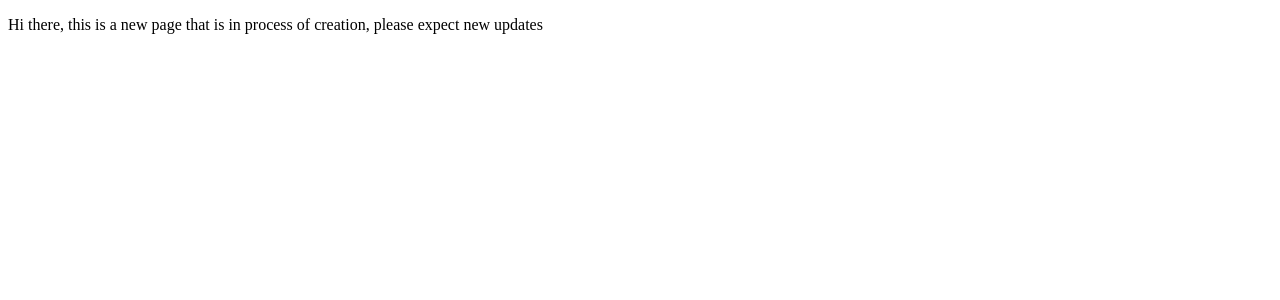
Repository: Znarko/projectPW.html
Page: projectPW.html
The author's editor kept a copy of each file at every save. The page is drawn from the files as they stood at one save, then again after the next save.
The browser window is 1280 px wide. The pictures show the whole page.

Above is the page before, as saved 2023-02-17 06:21:49.

### projectPW.html
<!DOCTYPE html>
<html lang="en">
<head>
    <meta charset="UTF-8">
    <meta http-equiv="X-UA-Compatible" content="IE=edge">
    <meta name="viewport" content="width=device-width, initial-scale=1.0">
    <title>SecretProject</title>
</head>
<body>
   <p>
       Hi there, this is a new page that is in process of creation, please expect new updates
   </p>
</body>
</html>

After the next save:
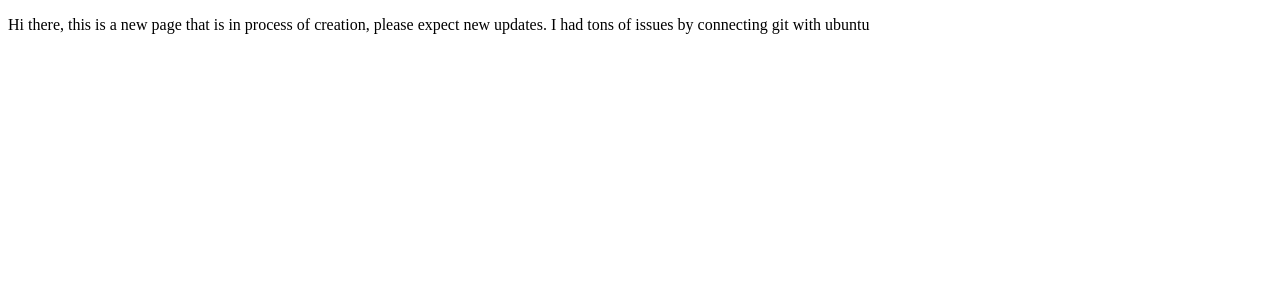
Saved 46 h 11 min later.
--- a/projectPW.html
+++ b/projectPW.html
@@ -8,7 +8,7 @@
 </head>
 <body>
    <p>
-       Hi there, this is a new page that is in process of creation, please expect new updates
+       Hi there, this is a new page that is in process of creation, please expect new updates. I had tons of issues by connecting git with ubuntu
    </p>
 </body>
 </html>
